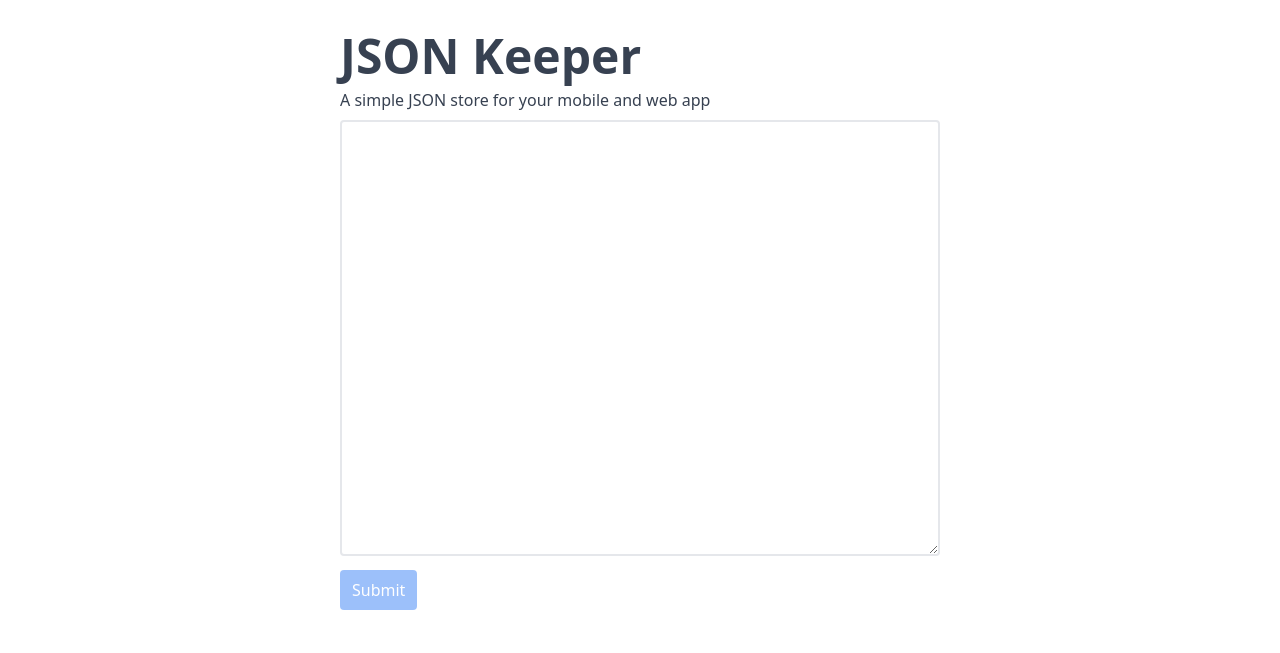
Repository: lakshithapramodya/jsonhub
Page: / (app in client/)
These files come from the project's save history. The page is drawn as it stood at one moment and after the next save; the edit follows.
The browser window is 1280 px wide. The pictures show the whole page.
The page's requests for data from a server got no answer. The project was rebuilt for these pictures with package versions that can differ from the ones it lists, and the page was loaded fresh each time. No one was signed in, and anything a server would have sent is missing. Also part of the build but not shown: client/src/HandleJsonData.js.

Above is the page before, as saved 2023-05-10 12:18:40.

### client/src/index.js
import React from "react";
import ReactDOM from "react-dom/client";
import "./index.css";
import App from "./App";
import { BrowserRouter, Route, Routes } from "react-router-dom";
import HandleJsonData from "./HandleJsonData";

const root = ReactDOM.createRoot(document.getElementById("root"));
root.render(
  <React.StrictMode>
    <BrowserRouter>
      <Routes>
        <Route path="/" element={<App />} />
        <Route path=":url" element={<HandleJsonData />} />
      </Routes>
    </BrowserRouter>
  </React.StrictMode>
);

### client/src/App.js
import { useState } from "react";
import { SERVER_ENDPOINT } from "./config/Default";
import axios from "axios";

function App() {
  const [input, setInput] = useState([]);
  const [url, setUrl] = useState("");

  const sendRequest = async () => {
    const res = await axios
      .post(`${SERVER_ENDPOINT}/api/json`, {
        text: input,
      })
      .then()
      .catch((err) => console.log(err));
    const data = res.data;
    return data;
  };

  const handleSubmit = (e) => {
    e.preventDefault();
    sendRequest().then((res) => {
      console.log(res.url);
      res && setInput([]);
      setUrl(res.url);
    });
  };

  function isJsonString(str) {
    try {
      JSON.parse(str);
    } catch (e) {
      return false;
    }
    return true;
  }

  return (
    <div className="min-w-full min-h-screen flex flex-col">
      {url && (
        <a href={`${SERVER_ENDPOINT}/${url}`}>{`${SERVER_ENDPOINT}/${url}`}</a>
      )}
      <div className="flex flex-col mx-auto mt-8 w-full md:w-1/2 items-center justify-center">
        <form onSubmit={handleSubmit} className="w-full space-y-2 px-5">
          <h1 className="text-5xl font-semibold text-gray-700">JSON Keeper</h1>
          <p className="text-gray-700">
            A simple JSON store for your mobile and web app
          </p>
          <textarea
            onChange={(e) => setInput(e.target.value)}
            value={input}
            rows={18}
            className="border-2 w-full rounded"
          />
          <button
            className="bg-blue-500 p-2 px-3 rounded text-white disabled:opacity-50"
            disabled={!isJsonString(input)}
            type="submit"
          >
            Submit
          </button>
        </form>
      </div>
    </div>
  );
}

export default App;

### client/src/config/Default.js
export const SERVER_ENDPOINT =
  process.env.REACT_APP_SERVER_ENDPOINT || "http://localhost:5000";

Loaded but not shown: client/public/index.html (common file); client/src/index.css (common file); client/tailwind.config.js (common file)

After the next save:
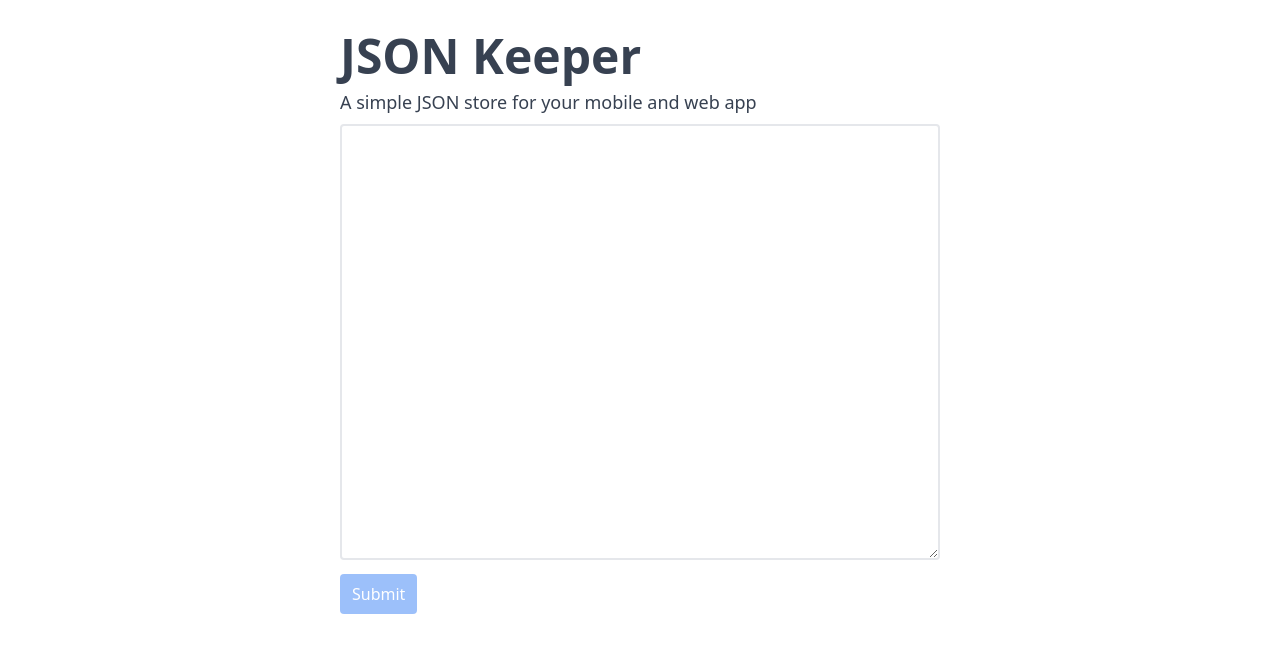
Saved 22 s later.
--- a/client/src/App.js
+++ b/client/src/App.js
@@ -43,7 +43,7 @@ function App() {
       <div className="flex flex-col mx-auto mt-8 w-full md:w-1/2 items-center justify-center">
         <form onSubmit={handleSubmit} className="w-full space-y-2 px-5">
           <h1 className="text-5xl font-semibold text-gray-700">JSON Keeper</h1>
-          <p className="text-gray-700">
+          <p className="text-gray-700 text-lg">
             A simple JSON store for your mobile and web app
           </p>
           <textarea
